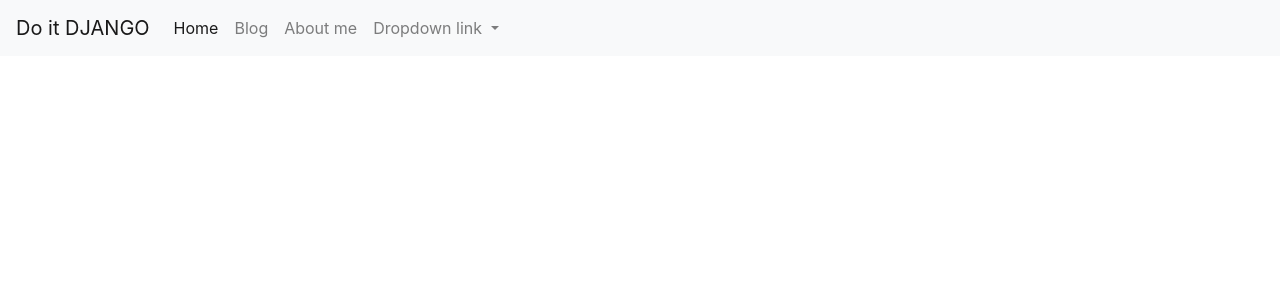
Repository: lwygold/do_it_ft
Page: blog_list.html
The author's editor kept a copy of each file at every save. The page is drawn from the files as they stood at one save, then again after the next save.
The browser window is 1280 px wide. The pictures show the whole page.

Above is the page before, as saved 2021-08-11 21:10:59.

### blog_list.html
<!DOCTYPE html>
<html lang="en">
<head>
    <meta charset="UTF-8">
    <meta http-equiv="X-UA-Compatible" content="IE=edge">
    <meta name="viewport" content="width=device-width, initial-scale=1.0">
    <link rel="stylesheet" href="https://cdn.jsdelivr.net/npm/bootstrap@4.6.0/dist/css/bootstrap.min.css"
        integrity="sha384-B0vP5xmATw1+K9KRQjQERJvTumQW0nPEzvF6L/Z6nronJ3oUOFUFpCjEUQouq2+l" crossorigin="anonymous">
    <link rel="stylesheet" href="./sub.css" type="text/css" />
    <title>About Me</title>
</head>
<body>

    <nav class="navbar navbar-expand-lg navbar-light bg-light">
        <a class="navbar-brand" href="#">Do it DJANGO</a>
        <button class="navbar-toggler" type="button" data-toggle="collapse" data-target="#navbarNavDropdown"
            aria-controls="navbarNavDropdown" aria-expanded="false" aria-label="Toggle navigation">
            <span class="navbar-toggler-icon"></span>
        </button>
        <div class="collapse navbar-collapse" id="navbarNavDropdown">
            <ul class="navbar-nav">
                <li class="nav-item active">
                    <a class="nav-link" href="./index.html">Home <span class="sr-only">(current)</span></a>
                </li>
                <li class="nav-item">
                    <a class="nav-link" href="./blog_list.html">Blog</a>
                </li>
                <li class="nav-item">
                    <a class="nav-link" href="./about_me.html">About me</a>
                </li>
                <li class="nav-item dropdown">
                    <a class="nav-link dropdown-toggle" href="#" id="navbarDropdownMenuLink" role="button"
                        data-toggle="dropdown" aria-haspopup="true" aria-expanded="false">
                        Dropdown link
                    </a>
                    <div class="dropdown-menu" aria-labelledby="navbarDropdownMenuLink">
                        <a class="dropdown-item" href="#">Action</a>
                        <a class="dropdown-item" href="#">Another action</a>
                        <a class="dropdown-item" href="#">Something else here</a>
                    </div>
                </li>
            </ul>
        </div>
    </nav>

</body>
</html>

### sub.css
.container {
    width:1920px;
    margin:0 auto;

}

After the next save:
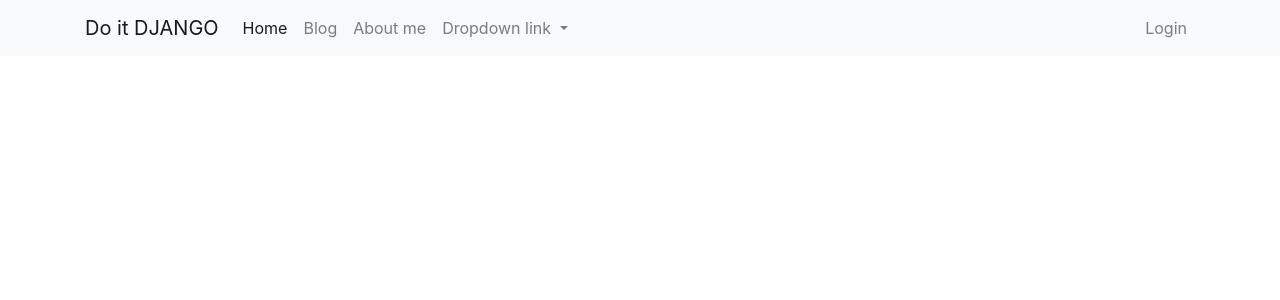
Saved 7 s later.
--- a/blog_list.html
+++ b/blog_list.html
@@ -12,34 +12,43 @@
 <body>
 
     <nav class="navbar navbar-expand-lg navbar-light bg-light">
-        <a class="navbar-brand" href="#">Do it DJANGO</a>
-        <button class="navbar-toggler" type="button" data-toggle="collapse" data-target="#navbarNavDropdown"
-            aria-controls="navbarNavDropdown" aria-expanded="false" aria-label="Toggle navigation">
-            <span class="navbar-toggler-icon"></span>
-        </button>
-        <div class="collapse navbar-collapse" id="navbarNavDropdown">
-            <ul class="navbar-nav">
-                <li class="nav-item active">
-                    <a class="nav-link" href="./index.html">Home <span class="sr-only">(current)</span></a>
-                </li>
-                <li class="nav-item">
-                    <a class="nav-link" href="./blog_list.html">Blog</a>
-                </li>
-                <li class="nav-item">
-                    <a class="nav-link" href="./about_me.html">About me</a>
-                </li>
-                <li class="nav-item dropdown">
-                    <a class="nav-link dropdown-toggle" href="#" id="navbarDropdownMenuLink" role="button"
-                        data-toggle="dropdown" aria-haspopup="true" aria-expanded="false">
-                        Dropdown link
-                    </a>
-                    <div class="dropdown-menu" aria-labelledby="navbarDropdownMenuLink">
-                        <a class="dropdown-item" href="#">Action</a>
-                        <a class="dropdown-item" href="#">Another action</a>
-                        <a class="dropdown-item" href="#">Something else here</a>
-                    </div>
-                </li>
-            </ul>
+        <div class="container">
+
+            <a class="navbar-brand" href="#">Do it DJANGO</a>
+            <button class="navbar-toggler" type="button" data-toggle="collapse" data-target="#navbarNavDropdown"
+                aria-controls="navbarNavDropdown" aria-expanded="false" aria-label="Toggle navigation">
+                <span class="navbar-toggler-icon"></span>
+            </button>
+            <div class="collapse navbar-collapse" id="navbarNavDropdown">
+                <ul class="navbar-nav">
+                    <li class="nav-item active">
+                        <a class="nav-link" href="./index.html">Home <span class="sr-only">(current)</span></a>
+                    </li>
+                    <li class="nav-item">
+                        <a class="nav-link" href="./blog_list.html">Blog</a>
+                    </li>
+                    <li class="nav-item">
+                        <a class="nav-link" href="./about_me.html">About me</a>
+                    </li>
+                    <li class="nav-item dropdown">
+                        <a class="nav-link dropdown-toggle" href="#" id="navbarDropdownMenuLink" role="button"
+                            data-toggle="dropdown" aria-haspopup="true" aria-expanded="false">
+                            Dropdown link
+                        </a>
+                        <div class="dropdown-menu" aria-labelledby="navbarDropdownMenuLink">
+                            <a class="dropdown-item" href="#">Action</a>
+                            <a class="dropdown-item" href="#">Another action</a>
+                            <a class="dropdown-item" href="#">Something else here</a>
+                        </div>
+                    </li>
+                </ul>
+                <ul class="navbar-nav ml-auto">
+                    <li class="nav-item">
+                        <a class="nav-link" href="#">Login <span class="sr-only">(current)</span></a>
+                    </li>
+                </ul>
+
+            </div>
         </div>
     </nav>
 
